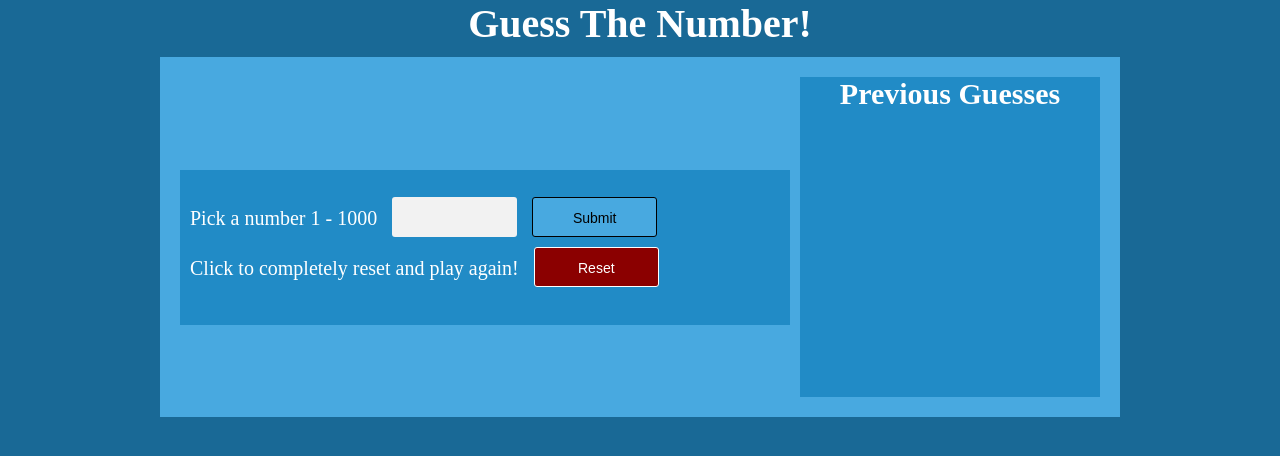
Repository: mlmEFSC21/P14-Guessing-Game
Page: guess.html
An editor plug-in stored every save of this project. The page is shown before and after the next save, followed by the edit.
The browser window is 1280 px wide. The pictures show the whole page.

Above is the page before, as saved 2022-03-19 14:25:22.

After the next save:
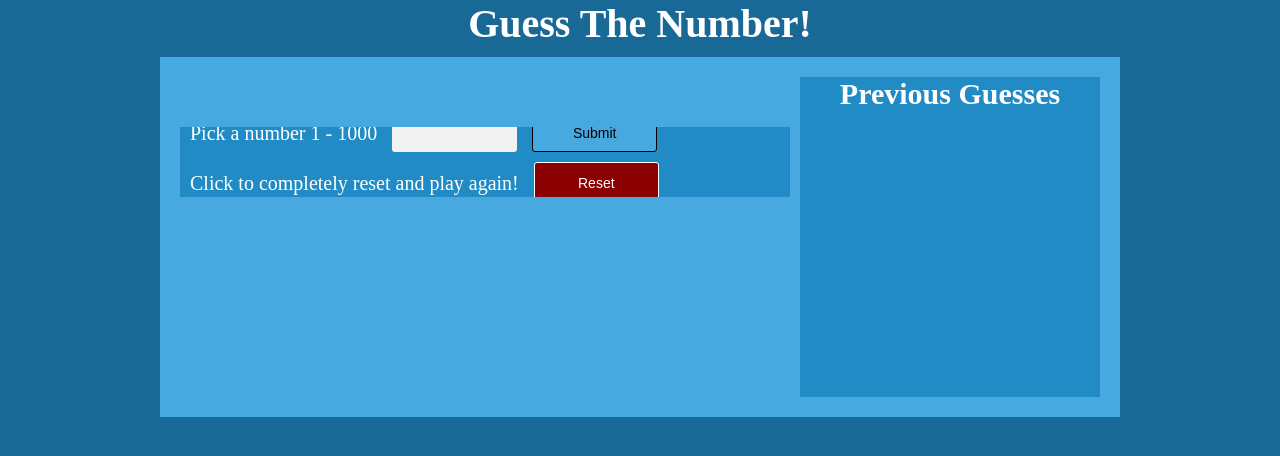
Saved 31 s later.
--- a/guess.css
+++ b/guess.css
@@ -27,7 +27,7 @@ body {
     margin: 10px auto;
     padding: 20px;
     grid-template-columns: repeat(3, 1fr);
-    grid-template-rows: repeat(4, 1fr);
+    grid-template-rows: repeat(3, 1fr);
     grid-auto-rows: minmax(200px, auto);
     gap: 10px;
     align-items: start;
